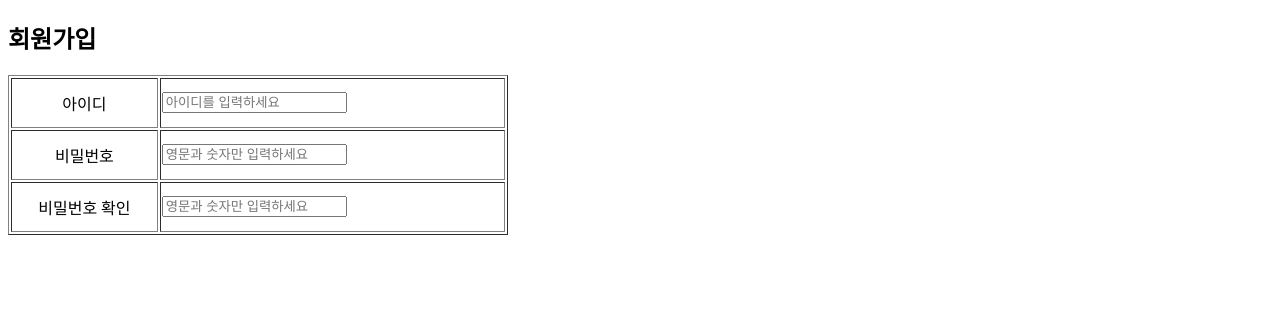
Repository: junirang330/Jsp2026
Page: http://localhost/chapter01/Request/Requestjoin.jsp
These files come from the project's save history. The page is drawn as it stood at one moment and after the next save; the edit follows.
The browser window is 1280 px wide. The pictures show the whole page.
The page is served by Tomcat 9.

Above is the page before, as saved 2026-10-19 06:36:04.

### chapter01/src/main/webapp/Request/Requestjoin.jsp
<%@ page language="java" contentType="text/html; charset=UTF-8"
    pageEncoding="UTF-8" import = "java.util.*" %>
<!DOCTYPE html>
<html>
<head>
<meta charset="UTF-8">
<title>회원가입</title>
</head>
<body>
	<div class="container02">
		<h2>회원가입</h2>
		<form action="RequestjoinProc.jsp" method = "post">
			<table width="500" border="1">
				<tr height = "50">
					<td align = "center" width = "150">아이디</td>
					<td width = "350">
						<input type = "text" name = "id" placeholder = "아이디를 입력하세요"/>
					</td>
				</tr>
				<tr height = "50">
					<td align = "center" width = "150">비밀번호</td>
					<td width = "350">
						<input type = "password" name = "pass" placeholder = "영문과 숫자만 입력하세요"/>
					</td>

				</tr>
				<tr height = "50">
					<td align = "center" width = "150">비밀번호 확인</td>
					<td width = "350">
						<input type = "password" name = "passchk" placeholder = "영문과 숫자만 입력하세요"/>
					</td>

				</tr>
			</table>
		</form>
	</div>

</body>
</html>

After the next save:
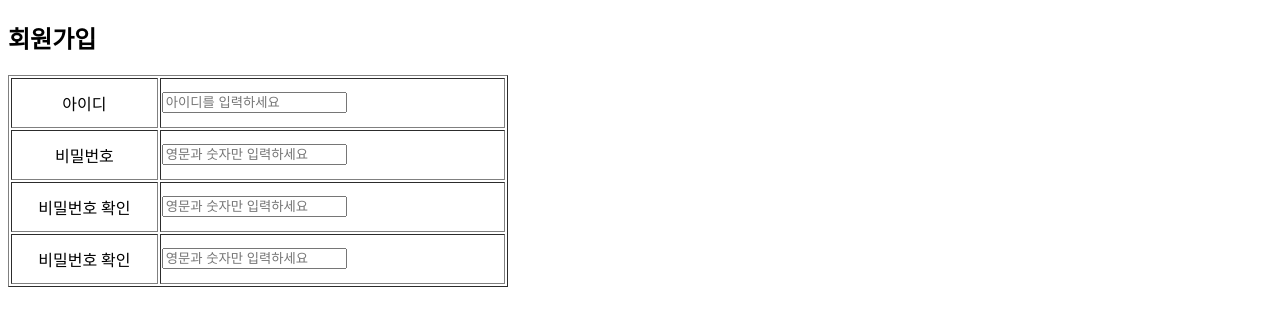
Saved 7 s later.
--- a/chapter01/src/main/webapp/Request/Requestjoin.jsp
+++ b/chapter01/src/main/webapp/Request/Requestjoin.jsp
@@ -29,7 +29,12 @@
 					<td width = "350">
 						<input type = "password" name = "passchk" placeholder = "영문과 숫자만 입력하세요"/>
 					</td>
-
+				</tr>
+				<tr height = "50">
+					<td align = "center" width = "150">비밀번호 확인</td>
+					<td width = "350">
+						<input type = "password" name = "passchk" placeholder = "영문과 숫자만 입력하세요"/>
+					</td>
 				</tr>
 			</table>
 		</form>
